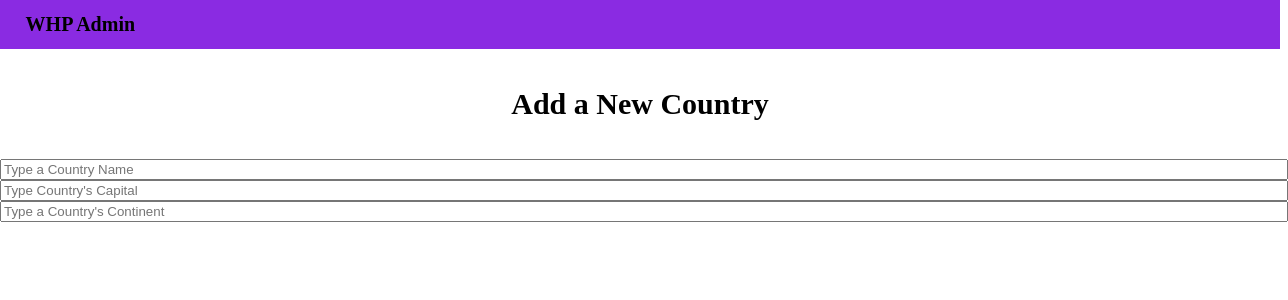
Repository: sabinaPetrisor/World_Hour_Project
Page: http://localhost/WorldHourProject/jsp/add-country.jsp
An editor plug-in stored every save of this project. The page is shown before and after the next save, followed by the edit.
The browser window is 1280 px wide. The page is 1288 px wide, then 1280 px, so the pictures cover 1288 px, including what lies to the right of the window. The pictures show the whole page.
The page is served by Tomcat 9.

Above is the page before, as saved 2023-08-04 12:22:31.

After the next save:
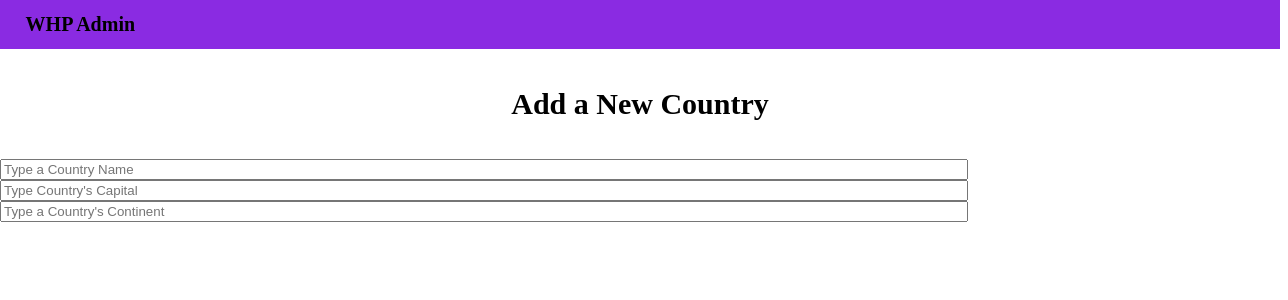
Saved 2 min 33 s later.
--- a/WorldHourProject/src/main/webapp/css/add-page-admin.css
+++ b/WorldHourProject/src/main/webapp/css/add-page-admin.css
@@ -3,3 +3,11 @@
 	margin: 0;
 	width: 100%;
 }
+
+.add-form-container {
+	margin: 0 auto;
+}
+
+.add-form {
+	width: 75%;
+}
